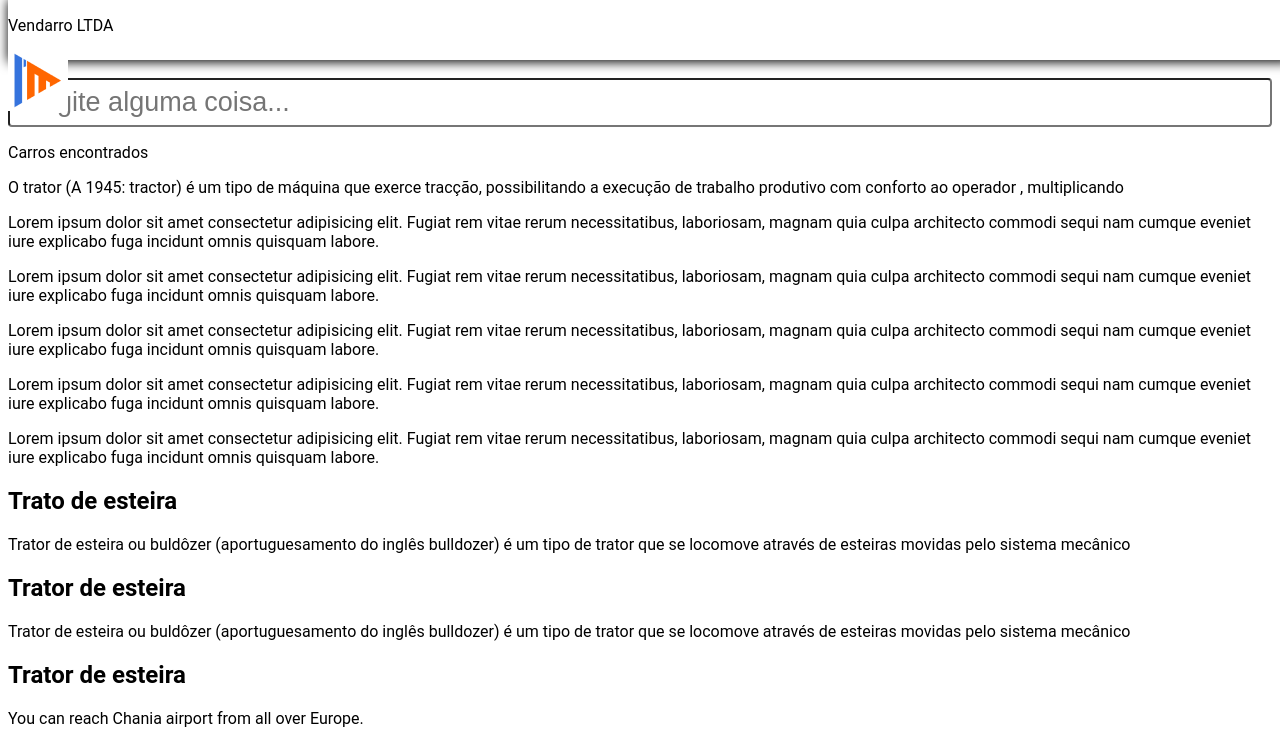
Repository: ecrseer/pesquisa-carros-html
Page: index.html
The author's editor kept a copy of each file at every save. The page is drawn from the files as they stood at one save, then again after the next save.
The browser window is 1280 px wide. The pictures show the whole page.

Above is the page before, as saved 2022-01-21 16:59:00.

After the next save:
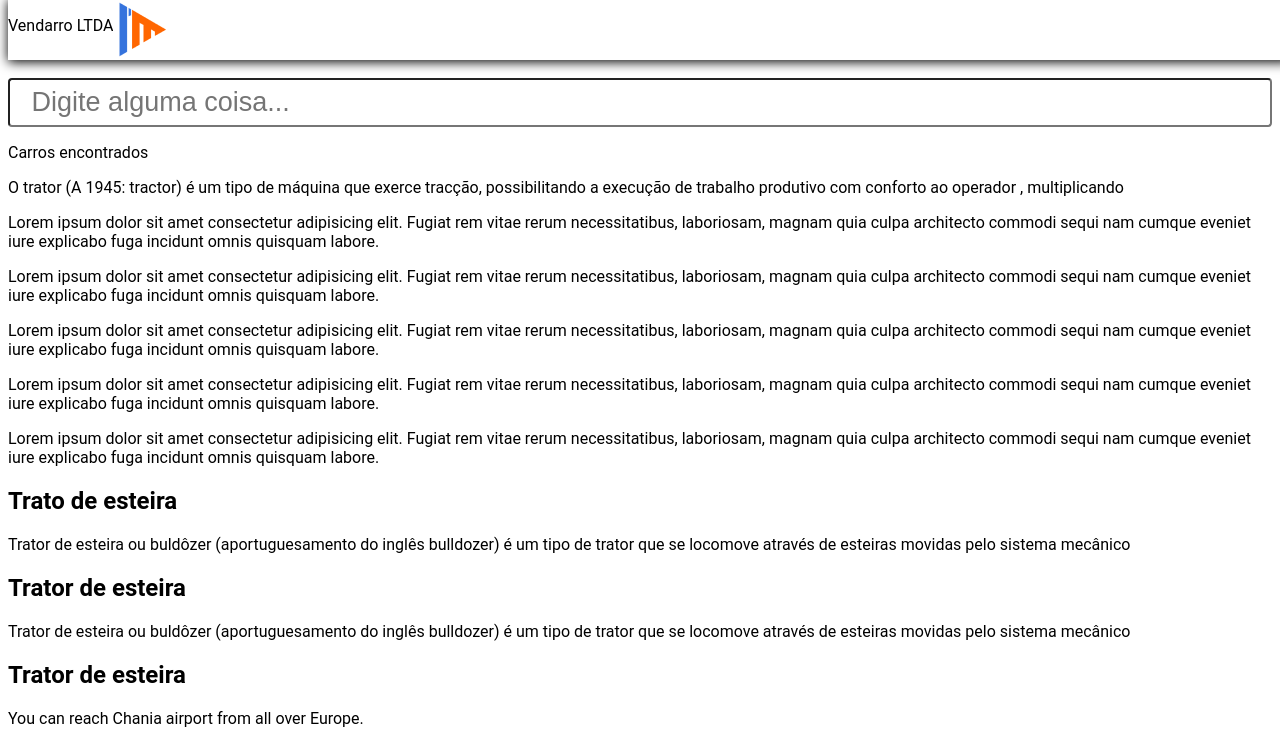
Saved 4 s later.
--- a/index.html
+++ b/index.html
@@ -14,7 +14,7 @@
 </head>
 
 <body>
-    <nav class="header">
+    <nav class="header flex">
 
 
         <p>Vendarro LTDA</p>
